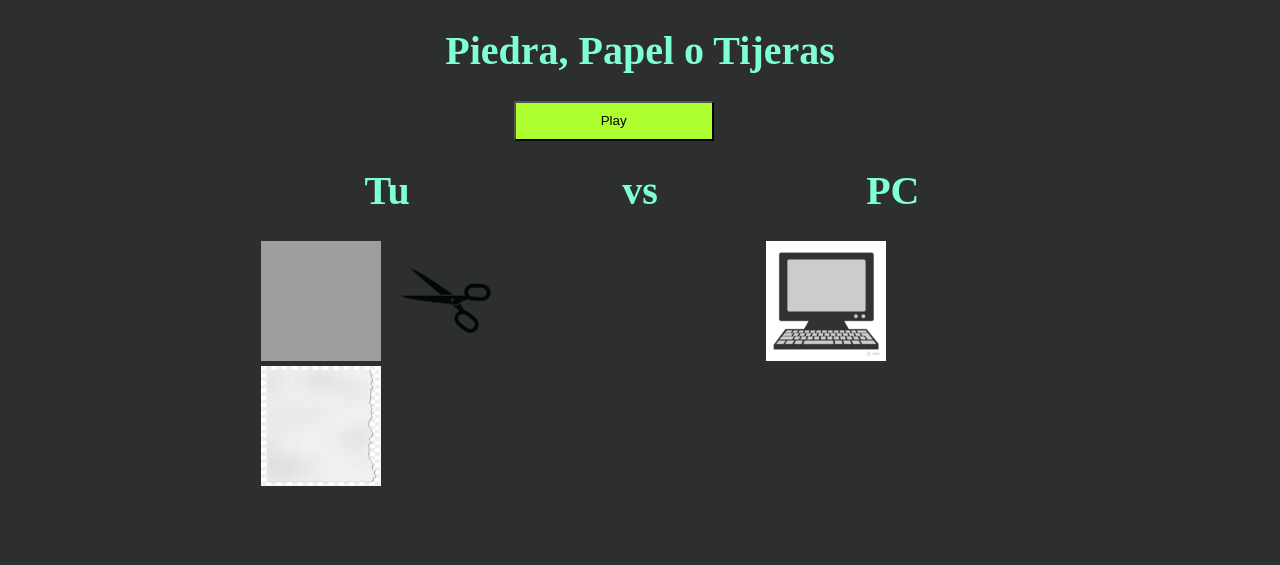
Repository: Kevin8548/FundamentosJS
Page: scissors.html
These files come from the project's save history. The page is drawn as it stood at one moment and after the next save; the edit follows.
The browser window is 1280 px wide. The pictures show the whole page.
Pictures or frames that could not be fetched are drawn as grey boxes.

Above is the page before, as saved 2024-09-24 00:47:18.

### scissors.html
<!DOCTYPE html>
<html lang="en">
<head>
    <meta charset="UTF-8">
    <meta name="viewport" content="width=device-width, initial-scale=1.0">
    <title>Piedra, Papel o Tijeras</title>
    <link rel="stylesheet" href="style.css">
</head>
<body>
    <div class="content">
        <h1>Piedra, Papel o Tijeras</h1>
        <div class="parent">
            <div class="div1">
                <button id="playBtn">Play</button>
            </div>

            <div class="div2">
                <h1>Tu</h1>
                <div class="choices">
                    <img src="img/piedra.jpeg" alt="Piedra" class="choice" data-choice="piedra">
                    <img src="img/tijera.webp" alt="Tijeras" class="choice" data-choice="tijeras">
                    <img src="img/papel.png" alt="Papel" class="choice" data-choice="papel">
                </div>
                <img id="userChoiceImage" src="" alt="Selección del usuario" style="display: none;">
            </div>

            <div class="div3"><h1>vs</h1></div>

            <div class="div4">
                <h1>PC</h1>
                <img src="img/2775.png" alt="">
            </div>

            <div class="div5" id="result"></div>
        </div>
    </div>
    <script src="./concepts/scissors.js" class="si"></script>
</body>
</html>

### style.css
.parent {
display:grid ;
grid-template-columns: repeat(5, 1fr);
grid-template-rows: repeat(1.5, 1fr);
grid-column-gap: 0px;
grid-row-gap: 0px;
}

.div1 { grid-area: 1 / 3 / 2 / 4; }
.div2 { grid-area: 3 / 2 / 4 / 3; }
.div3 { grid-area: 3 / 3 / 4 / 4; }
.div4 { grid-area: 3 / 4 / 4 / 5; }
.div5 { grid-area: 5 / 3 / 6 / 4; }

h1{
text-align: center;
}

img{
width: 120px;
height: 120px;
cursor: pointer;
}

body{
background-color: rgb(45, 46, 46);
color: aquamarine;
font-size: 20px;
}

button {
    background-color: greenyellow;
    width: 200px;
    height: 40px;
    cursor: pointer;
}

### concepts/scissors.js
const btnPlay = document.getElementById('playBtn');
const divUser = document.querySelector('.div2');
const divMaq = document.querySelector('.div4');
const resultDiv = document.getElementById('result');
const userChoiceImage = document.getElementById('userChoiceImage');
const pcChoiceImage = document.querySelector('.div4 img');

let userChoice = '';

const choices = document.querySelectorAll('.choice');
choices.forEach(choice => {
    choice.addEventListener('click', () => {
        userChoice = choice.dataset.choice;
        userChoiceImage.src = choice.src;
        userChoiceImage.style.display = 'block';
    });
});

btnPlay.addEventListener('click', () => {
    if (!userChoice) {
        alert('Por favor, selecciona piedra, papel o tijeras primero.');
        return;
    }

    const options = ['piedra', 'papel', 'tijeras'];
    const aleatorio = Math.floor(Math.random() * 3);
    const choiceMaq = options[aleatorio];

    // Actualiza la imagen de la máquina
    pcChoiceImage.src = `img/${choiceMaq === 'piedra' ? 'piedra.jpeg' : choiceMaq === 'papel' ? 'papel.png' : 'tijera.webp'}`;

    // Mensaje final que incluye elecciones y resultado
    let message = `Tu elegiste: ${userChoice}. La máquina eligió: ${choiceMaq}. `;

    if (userChoice === choiceMaq) {
        resultDiv.innerText = message + "¡Es un empate!";
    } else if (
        (userChoice === 'piedra' && choiceMaq === 'tijeras') ||
        (userChoice === 'papel' && choiceMaq === 'piedra') ||
        (userChoice === 'tijeras' && choiceMaq === 'papel')
    ) {
        resultDiv.innerText = message + "¡Tú ganas!";
    } else {
        resultDiv.innerText = message + "¡La máquina gana!";
    }

    // Opcional: Mostrar elecciones en los divs
    divUser.innerHTML = `<h1>Tu elegiste: ${userChoice}</h1>`;
    divMaq.innerHTML = `<h1>La máquina eligió: ${choiceMaq}</h1>`;
});

After the next save:
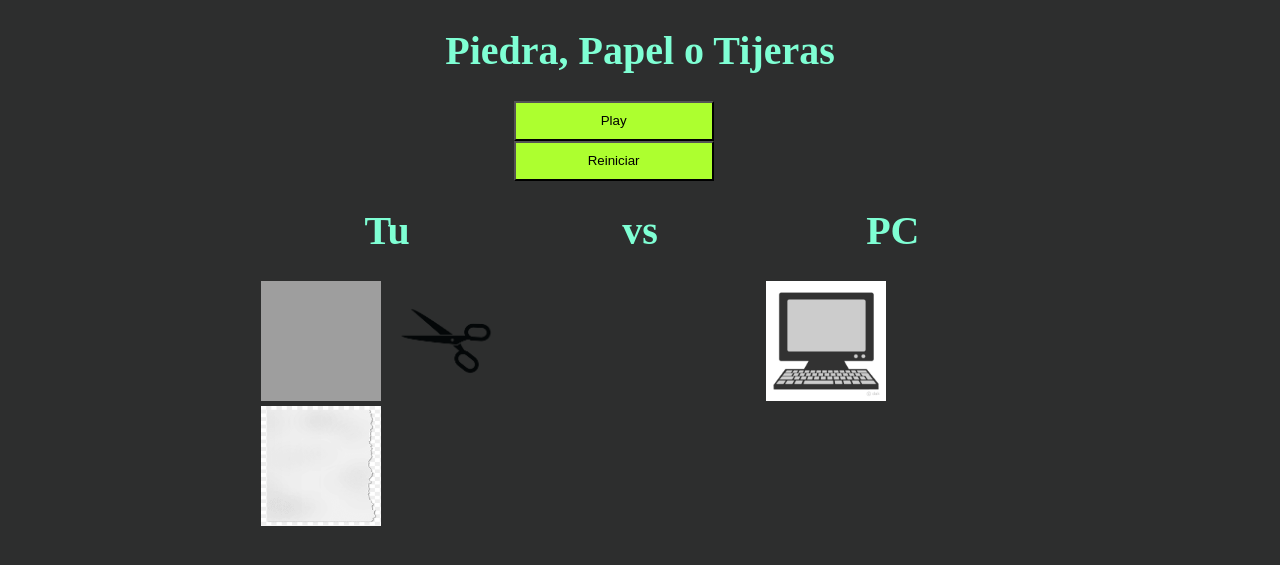
Saved 101 s later.
--- a/scissors.html
+++ b/scissors.html
@@ -12,6 +12,7 @@
         <div class="parent">
             <div class="div1">
                 <button id="playBtn">Play</button>
+                <button id="resetBtn">Reiniciar</button>
             </div>
 
             <div class="div2">

After the 4 saves that followed:
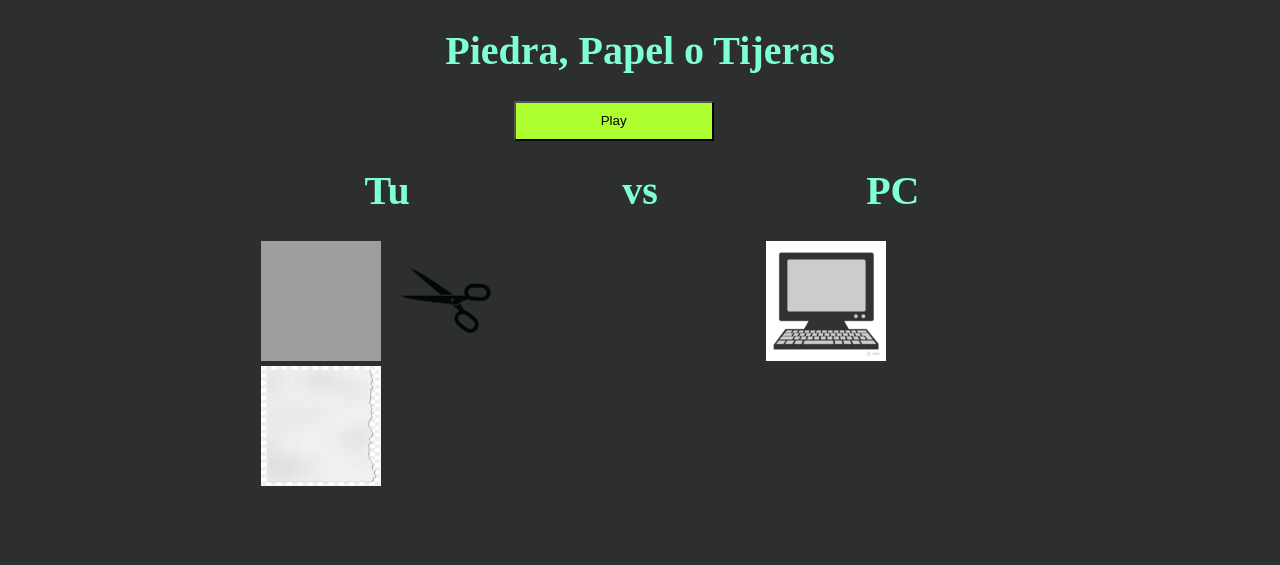
The 4 saves are shown as one change because 3 left the picture as it was.
The last was saved 2 min 10 s later.
--- a/scissors.html
+++ b/scissors.html
@@ -12,7 +12,6 @@
         <div class="parent">
             <div class="div1">
                 <button id="playBtn">Play</button>
-                <button id="resetBtn">Reiniciar</button>
             </div>
 
             <div class="div2">
--- a/concepts/scissors.js
+++ b/concepts/scissors.js
@@ -26,10 +26,8 @@ btnPlay.addEventListener('click', () => {
     const aleatorio = Math.floor(Math.random() * 3);
     const choiceMaq = options[aleatorio];
 
-    // Actualiza la imagen de la máquina
     pcChoiceImage.src = `img/${choiceMaq === 'piedra' ? 'piedra.jpeg' : choiceMaq === 'papel' ? 'papel.png' : 'tijera.webp'}`;
 
-    // Mensaje final que incluye elecciones y resultado
     let message = `Tu elegiste: ${userChoice}. La máquina eligió: ${choiceMaq}. `;
 
     if (userChoice === choiceMaq) {
